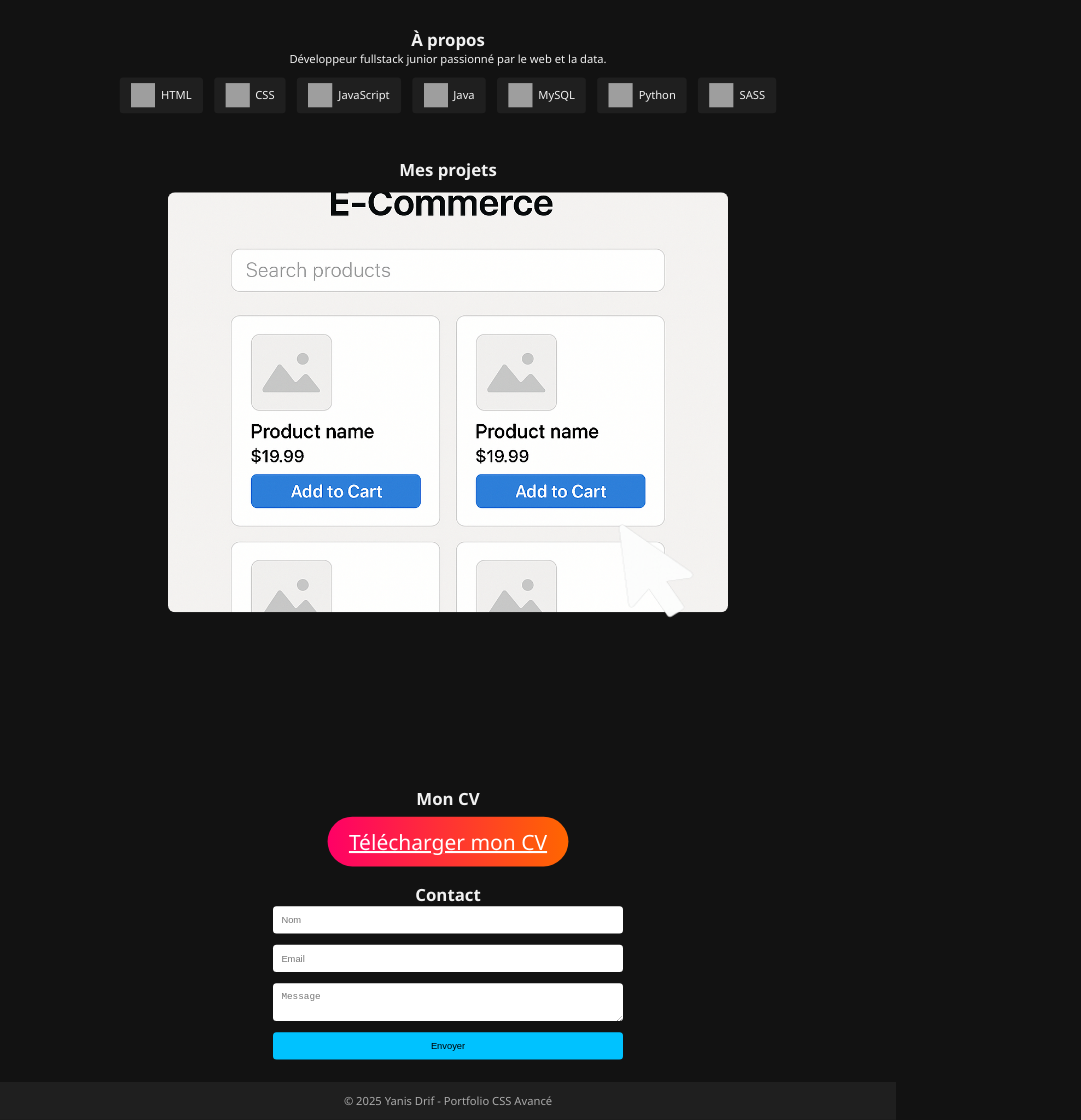
Repository: Yxniiss/ProjetCssAvance
Page: OneDrive/Bureau/Portfolio DrifYanis/home.html
These files come from the project's save history. The page is drawn as it stood at one moment and after the next save; the edit follows.
The browser window is 1280 px wide. The page is 1544 px wide, so the pictures cover 1544 px, including what lies to the right of the window. The pictures show the part of the page from y = 824 to 2424 px (the page is 2424 px tall), at 70% of full size.
Pictures or frames that could not be fetched are drawn as grey boxes.

Above is the page before, as saved 2025-04-10 11:37:29.
Console error: TypeError: Cannot set properties of null (setting 'textContent')

### OneDrive/Bureau/Portfolio DrifYanis/home.html
<!DOCTYPE html>
<html lang="fr">
<head>
  <meta charset="UTF-8" />
  <meta name="viewport" content="width=device-width, initial-scale=1.0" />
  <title>Portfolio - Yanis Drif</title>
  <link rel="stylesheet" href="/style.css" />
  <script defer src="/script.js"></script>
</head>
<body>
  <nav class="navbar">
    <div class="logo">Yanis Drif</div>
    <ul class="nav-links">
      <li><a href="#apropos">À propos</a></li>
      <li><a href="#projets">Projets</a></li>
      <li><a href="#cv">CV</a></li>
      <li><a href="#contact">Contact</a></li>
    </ul>
  </nav>

  <header class="hero">
    <img src="/image/IMG_0965 (2).jpeg" alt="Photo de profil" class="hero__image" />
    <div class="hero__content">
      <h1 class="hero__name">Yanis Drif</h1>
      <p class="hero__tagline">Développeur <span>Web</span> & Passionné de Data</p>
      <p class="hero__desc">Musique 🎧 | Jeux Vidéo 🎮 | Basket 🏀</p>
      <a href="#projets" class="btn">Voir mes projets</a>
    </div>
  </header>

  <section id="apropos" class="section about">
    <h2>À propos</h2>
    <p>Développeur fullstack junior passionné par le web et la data.</p>
    <div class="skills">
      <div class="skill"><img src="https://devicon-website.vercel.app/api/html5/original-wordmark.svg" alt="HTML">HTML</div>
      <div class="skill"><img src="https://devicon-website.vercel.app/api/css3/original-wordmark.svg" alt="CSS">CSS</div>
      <div class="skill"><img src="https://devicon-website.vercel.app/api/javascript/original.svg" alt="JavaScript">JavaScript</div>
      <div class="skill"><img src="https://devicon-website.vercel.app/api/java/original-wordmark.svg" alt="Java">Java</div>
      <div class="skill"><img src="https://devicon-website.vercel.app/api/mysql/plain-wordmark.svg" alt="MySQL">MySQL</div>
      <div class="skill"><img src="https://devicon-website.vercel.app/api/python/original-wordmark.svg" alt="Python">Python</div>
      <div class="skill"><img src="https://devicon-website.vercel.app/api/sass/original.svg" alt="SASS">SASS</div>
    </div>
  </section>

  <section id="projets" class="section projets">
    <h2>Mes projets</h2>
    <div class="projects carousel">
      <img src="image/ChatGPT Image 10 avr. 2025, 11_03_09.png" alt="Projet 1"/>
      <img src="/image/ChatGPT Image 10 avr. 2025, 11_09_31.png" alt="Projet 2" />
      <img src="/image/ChatGPT Image 10 avr. 2025, 11_11_38.png" alt="Projet 3" />
    </div>
    <div class="cursor2">
      <img src="/image/fecd8f8b-00be-49a2-b5b1-3fb5a8c2059e.png">
    </div>
  </section>

  <section id="cv" class="section cv">
    <h2>Mon CV</h2>
    <a href="/doc/CV Yanis (1) (1).pdf" download class="btn2">Télécharger mon CV</a>
  </section>

  <section id="contact" class="section contact">
    <h2>Contact</h2>
    <form class="contact-form">
      <input type="text" placeholder="Nom" required />
      <input type="email" placeholder="Email" required />
      <textarea placeholder="Message" required></textarea>
      <button type="submit">Envoyer</button>
    </form>
  </section>

  <footer>
    <p>&copy; 2025 Yanis Drif - Portfolio CSS Avancé</p>
  </footer>
</body>
</html>

### OneDrive/Bureau/Portfolio DrifYanis/style.css
* {
    margin: 0;
    padding: 0;
    box-sizing: border-box;
  }

  body {
    font-family: "Segoe UI", sans-serif;
    background-color: #121212;
    color: #f1f1f1;
  }


  .navbar {
    display: flex;
    justify-content: space-between;
    padding: 1rem 2rem;
    background-color: #1f1f1f;
  }

  .nav-links {
    display: flex;
    list-style: none;
    gap: 1.5rem;
  }

  .nav-links a {
    color: #00c2ff;
    text-decoration: none;
  }

  .hero {
    padding: 3rem 1rem;
    text-align: center;

  }

  .hero__name{
    position: relative;
    left: 280px;
    bottom:500px;

  }

  .hero__tagline{
    position: relative;
    left:280px;
    bottom:490px;
  }

  .hero__desc{
    position: relative;
    left:280px;
    bottom:490px;}

  .hero__image {
    border-radius: 25%;
    width: 400px;
    border: 1px solid #ffffff;
    margin-bottom: 1rem;
    position: relative;
    right:500px ;
  }

  .section {
    padding: 2rem 1rem;
    text-align: center;
  }

  .projects {
    display: flex;
    justify-content: center;
    gap: 1rem;
    flex-wrap: wrap;
    margin-top: 1rem;
  }

  .projects img {
    width: 800px;
    height: 600px;
    -o-object-fit: cover;
       object-fit: cover;
    border-radius: 10px;
  }

  .cursor2 img{
    width: 180px;
    position:relative;
    bottom:150px;
    left:300px;

  }

  .skills {
    display: flex;
    flex-wrap: wrap;
    gap: 1rem;
    justify-content: center;
    margin-top: 1rem;
  }

  .skill {
    display: flex;
    align-items: center;
    gap: 0.5rem;
    background-color: #1f1f1f;
    padding: 0.5rem 1rem;
    border-radius: 5px;
    transition: 0.3s ease, opacity 0.3s ease;
  }

  .skill:hover{
    transform: scale(1.2);
    opacity: 0.8;
  }

  .skill img {
    width: 35px;
    height: 35px;
  }

  footer {
    padding: 1rem;
    text-align: center;
    background-color: #1f1f1f;
    color: #aaa;
  }

  .btn {
    padding: 15px 30px;
    font-size: 30px;
    position: relative;
    left: 300px;
    bottom:150px;
    color:white;
    background: linear-gradient(90deg, #ff0066, #ff6600);
    border:none;
    border-radius: 50px;
    cursor: pointer;
    box-shadow: 0 4px 15px rgba(255,0,102,0);
    transition: box-shadow 0.3s ease, transform 0.3s ease;
  }

  .btn:hover{
    box-shadow: 0 10px 20px rgba(255,0,102,0.5);
    transform: translateY(-3px);
  }

  .btn2 {
    padding: 15px 30px;
    font-size: 30px;
    position: relative;
    left: 0px;
    top:25px;
    color:white;
    background: linear-gradient(90deg, #ff0066, #ff6600);
    border:none;
    border-radius: 50px;
    cursor: pointer;
    box-shadow: 0 4px 15px rgba(255,0,102,0);
    transition: box-shadow 0.3s ease, transform 0.3s ease;
  }

  .btn2:hover{
    box-shadow: 0 10px 20px rgba(255,0,102,0.5);
    transform: translateY(-3px);
  }


  .contact-form {
    max-width: 500px;
    margin: auto;
    display: flex;
    flex-direction: column;
    gap: 1rem;
  }

  .contact-form input,
  .contact-form textarea {
    padding: 0.75rem;
    border: none;
    border-radius: 5px;
  }

  .contact-form button {
    background-color: #00c2ff;
    color: #000;
    padding: 0.75rem;
    border: none;
    border-radius: 5px;
    cursor: pointer;
  }

  .start h1{
    text-align: left;
    margin-top: 100px;
    font-size: 35px;
    margin-left: 100px;
  }

  .start h2{
    text-align: left;
    margin-top: 1px;
    font-size: 70px;
    margin-left: 100px;
  }

  .start h3{
    text-align: left;
    margin-top: 1px;
    font-size: 35px;
    margin-left: 100px;
  }

  #mot {
    color:#00c2ff;
  }

  #cursor{
    display: inline-block;
    width: 10px;
    background-color:black;
    animation: blink 0.8s step-end infinite;
  }

  @keyframes blink{
    50% {
      opacity: 0;
    }
  }

  @keyframes typing{
    from{
      width: 0;
    }
    to{
      width: 100%;
    }
  }

  #main{
    opacity: 0;
    transform: translateY(0);
    transition: opacity 5s ease, transform 5s ease;
  }

  body.loaded #main{
    opacity: 1;
    transform: translateY(0);
  }


  .start p{
    text-align: left;
    margin-left: 100px;
    margin-top: 20px;
    font-size: 20px;
  }

  .ntwrks {
    position: absolute;
    top: 410px;
    left: 110px;
    display: flex;
    flex-wrap: wrap;
    gap: 1rem;
  }

  .ntwrk {
    display: flex;
    align-items: center;
    gap: 0.5rem;
    background-color: #1f1f1f;
    padding: 1rem 1rem;
    border-radius: 100px;
    transition: 0.3s ease, opacity 0.3s ease;
  }

  .ntwrk:hover{
    transform: scale(1.2);
    opacity: 0.8;
  }

  .ntwrk img {
    width: 30px;
    height: 30px;
  }

  .modern-button{
    background-color:#00c2ff;
    font-size: 16px;
    font-weight: bold;
    border:none;
    padding: 15px 30px;
    border-radius: 25px;
    cursor: pointer;
    outline: none;
    position: relative;
    right:550px;
    top:120px;
    animation:glow 1.5s infinite alternate;
    transition: 0.3s ease, opacity 0.3s ease;
  }

  .modern-button a{
    color:white;
    text-decoration: none;
  }

  .modern-button:hover{
    transform: scale(1.2);
    opacity: 1;
  }

  @keyframes glow{
    0%{
      box-shadow: 0 0 10px 5px rgba(0, 194, 255, 0.6), 0 0 20px 10px rgba(0, 194, 255, 0.4);
    }
    100%{
      box-shadow: 0 0 20px 10px rgba(0, 194, 255, 1), 0 0 30px 15px rgba(0, 194, 255, 0.8);
    }
  }

  .image{
    max-width: 30%;
    position: relative;
    bottom: 350px;
    left: 350px;
  }

### OneDrive/Bureau/Portfolio DrifYanis/script.js

document.addEventListener('DOMContentLoaded', () => {
    // Scroll fluide
    document.querySelectorAll('a[href^="#"]').forEach(anchor => {
      anchor.addEventListener('click', function (e) {
        e.preventDefault();
        const target = document.querySelector(this.getAttribute('href'));
        if (target) {
          target.scrollIntoView({ behavior: 'smooth' });
        }
      });
    });

    // Carrousel automatique
    const images = document.querySelectorAll('.carousel img');
    let currentIndex = 0;

    function showSlide(index) {
      images.forEach((img, i) => {
        img.style.display = i === index ? 'block' : 'none';
      });
    }

    function nextSlide() {
      currentIndex = (currentIndex + 1) % images.length;
      showSlide(currentIndex);
    }

    if (images.length > 0) {
      showSlide(currentIndex);
      setInterval(nextSlide, 3000); // change every 3 seconds
    }
  });

  const mot = ["Etudiant", "Developpeur web", "Pasionné de code","Developpeur fullstack"];
  let index = 0;
  const element = document.getElementById("mot");
  const cursor = document.getElementById("cursor");

  let typingInterval;
  let currentWord = "";
  let currentCharIndex = 0;

  function  commencerTypingAnimation(){
    currentWord=mot[index];
    currentCharIndex = 0;
    element.textContent = '';

    typingInterval = setInterval(() =>{
      element.textContent += currentWord.charAt(currentCharIndex);
      currentCharIndex++;

      if(currentCharIndex === currentWord.length){
        clearInterval(typingInterval);
        setTimeout(changerMot,1000);
      }
    },150);
  }

  function changerMot(){
    element.textContent=mot[index];
    index++;
    if(index===mot.length){
      index=0;
    }
    commencerTypingAnimation();
  }
  commencerTypingAnimation();

  window.addEventListener('load', function () {
    document.body.classList.add('loaded');
  });

After the next save:
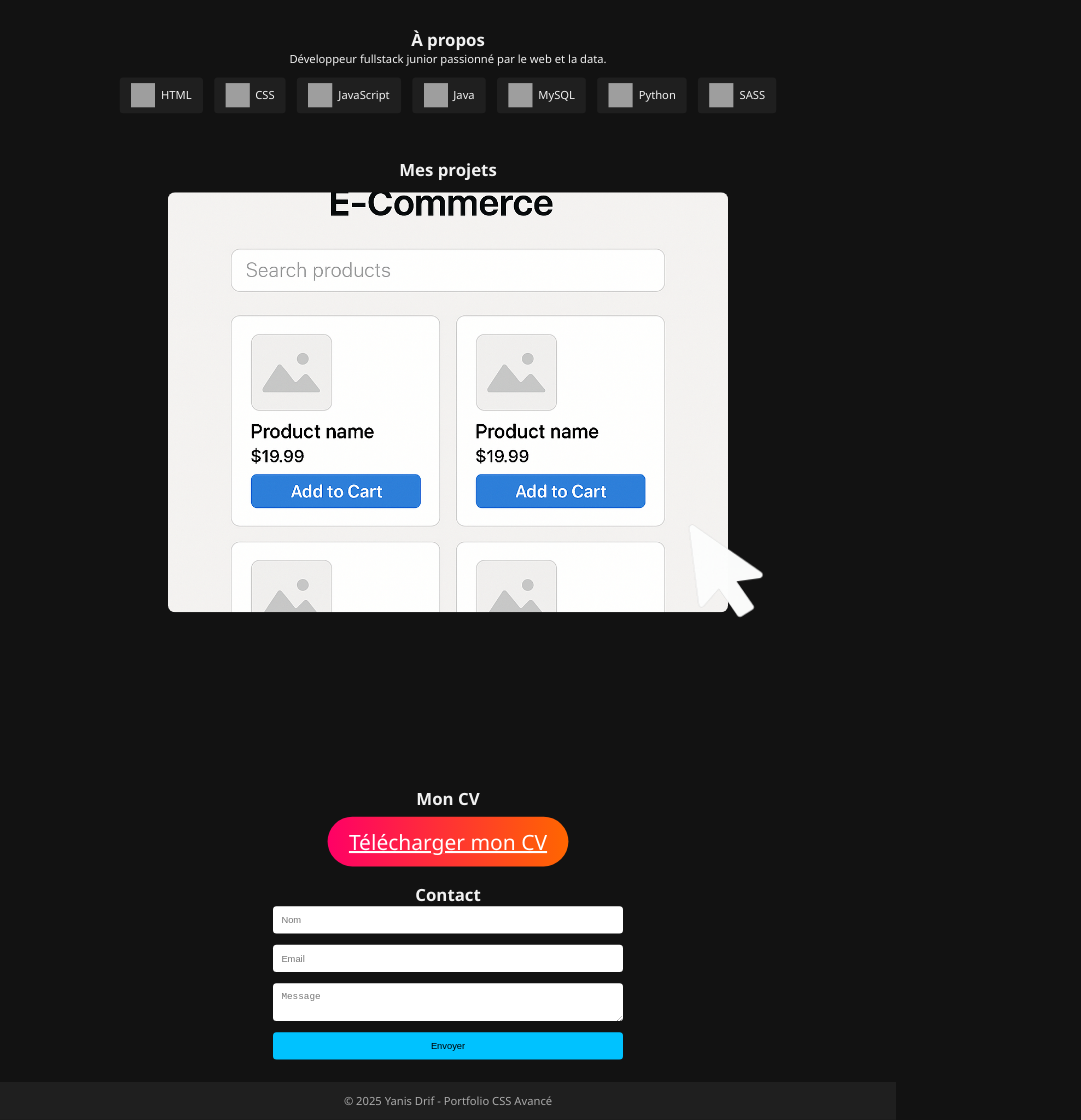
Saved 9 s later.
--- a/OneDrive/Bureau/Portfolio DrifYanis/style.css
+++ b/OneDrive/Bureau/Portfolio DrifYanis/style.css
@@ -87,7 +87,7 @@
     width: 180px;
     position:relative;
     bottom:150px;
-    left:300px;
+    left:400px;
 
   }
 
